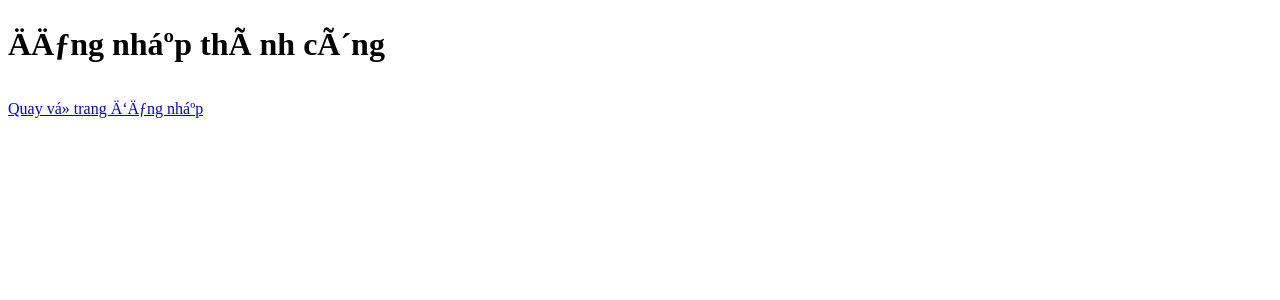
Repository: hosi04/BaiTapWeb
Page: http://localhost/BaiTapWeb_Login/result/thanhcong.jsp
These files come from the project's save history. The page is drawn as it stood at one moment and after the next save; the edit follows.
The browser window is 1280 px wide. The pictures show the whole page.
The page is served by Tomcat 9.

Above is the page before, as saved 2024-09-07 06:52:54.

After the next save:
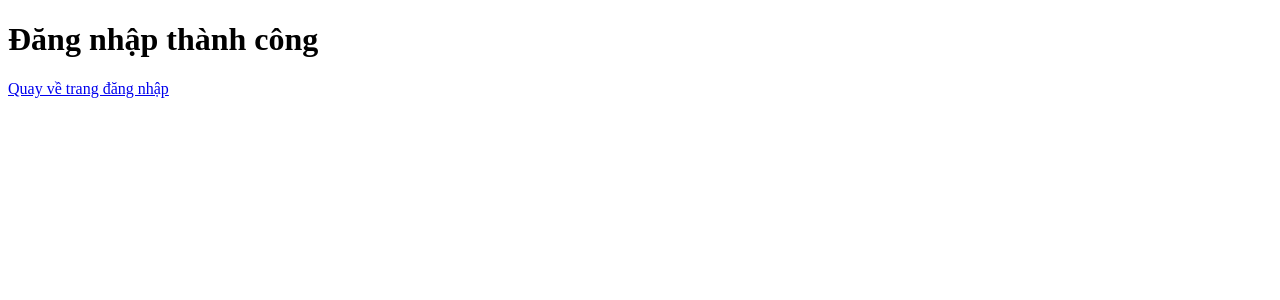
Saved 35 s later.
--- a/BaiTapWeb_Login/src/main/webapp/result/thanhcong.jsp
+++ b/BaiTapWeb_Login/src/main/webapp/result/thanhcong.jsp
@@ -1,9 +1,9 @@
-<%@ page language="java" contentType="text/html; charset=ISO-8859-1"
-    pageEncoding="ISO-8859-1"%>
+<%@ page language="java" contentType="text/html; charset=UTF-8"
+    pageEncoding="UTF-8"%>
 <!DOCTYPE html>
 <html>
 <head>
-<meta charset="ISO-8859-1">
+<meta charset="UTF-8">
 <title>Insert title here</title>
 </head>
 <body>
